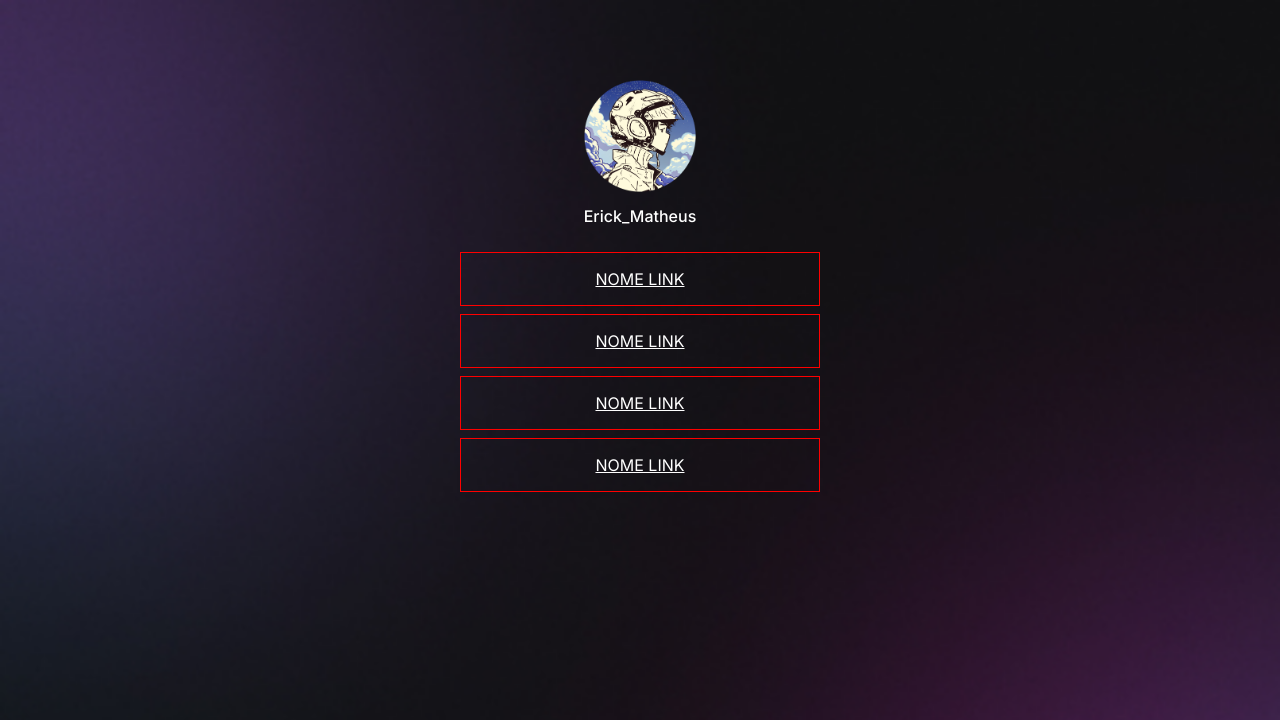
Repository: e-rickmatheus/project_dev_links
Page: index.html
An editor plug-in stored every save of this project. The page is shown before and after the next save, followed by the edit.
The browser window is 1280 px wide. The pictures show the whole page.

Above is the page before, as saved 2025-04-02 21:10:19.

After the next save:
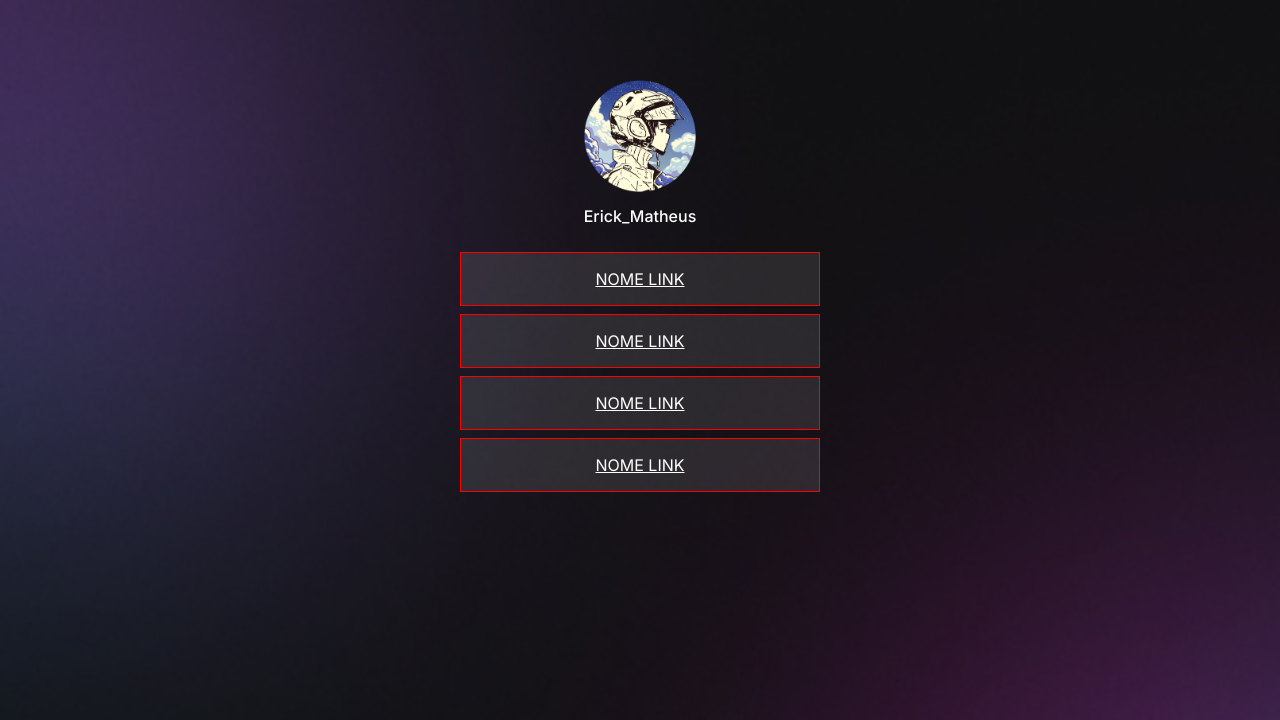
Saved 8 s later.
--- a/style.css
+++ b/style.css
@@ -62,5 +62,5 @@ ul li a {
   align-items: center;
   padding: 16px 24px;
   border: 1px solid red;
-  background: rgba()
+  background: rgba(255, 255, 255, 0.1);
 }
